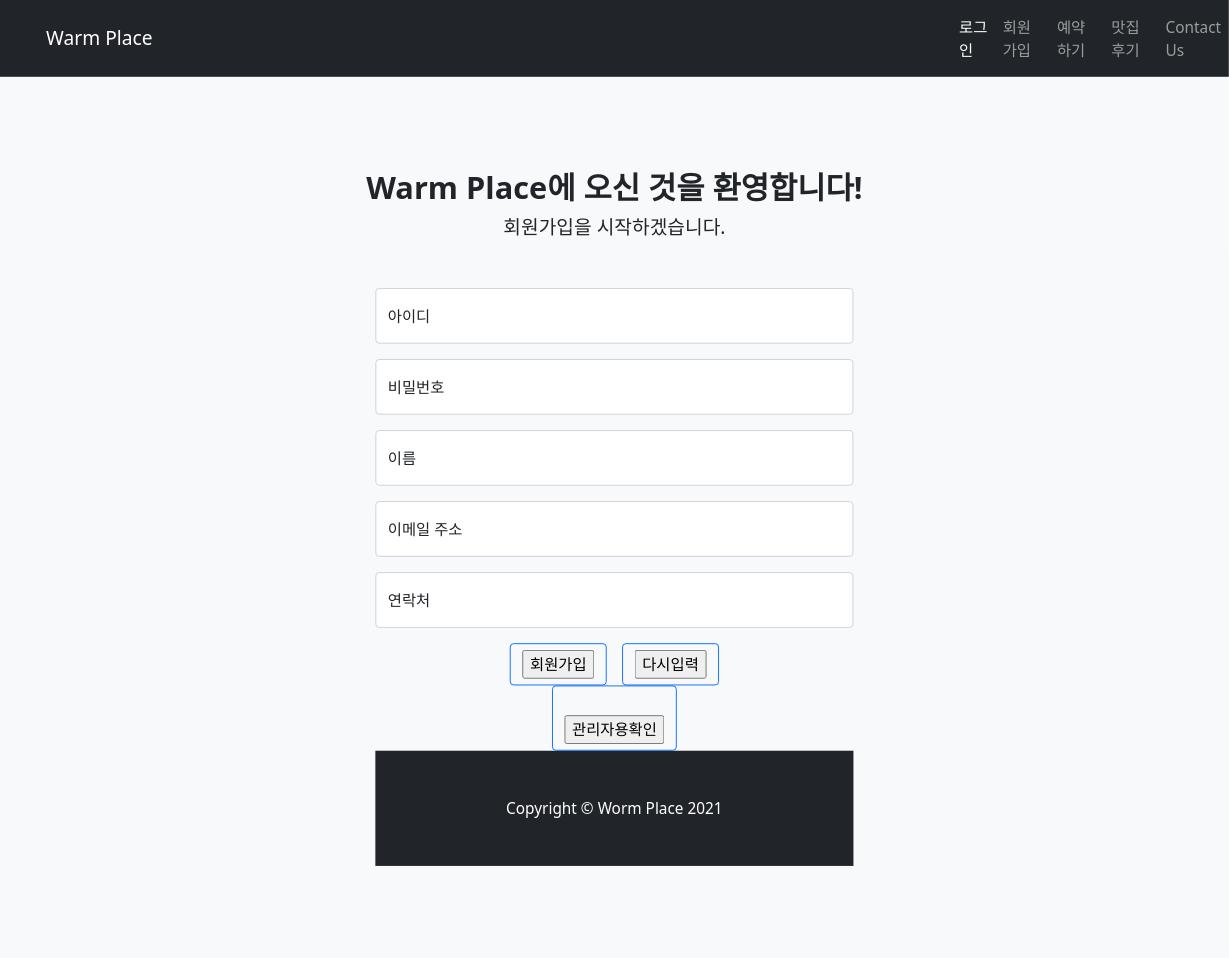
Repository: jaunnnngs/HackaTone
Page: http://localhost/StunProjects/St_Join/st_userJoin.jsp
These files come from the project's save history. The page is drawn as it stood at one moment and after the next save; the edit follows.
The browser window is 1280 px wide. The pictures show the whole page, at 96% of full size.
Some web libraries are served in a nearby version. The page is served by Tomcat 9. Other server files are loaded and not shown.

Above is the page before, as saved 2021-07-25 04:19:43.

### STUN_TEAM/StunProjects/src/main/webapp/St_Join/st_userJoin.jsp
<%@ page language="java" contentType="text/html; charset=UTF-8" pageEncoding="UTF-8"%>

<!DOCTYPE html>
<html>
    <head>
        <meta charset="utf-8" />
        <meta name="keywords" content="HTML,CSS,XML,JavaScript">
        <meta name="viewport" content="width=device-width, initial-scale=1, shrink-to-fit=no" />
        <meta name="description" content="HTML Study" />
        <meta name="author" content="Bruce" />

        <title>WARM PLACE_회원가입</title>
        <!-- Favicon-->
        <link rel="icon" type="image/x-icon" href="assets/favicon.ico" />
        <!-- Bootstrap icons-->
        <link href="https://cdn.jsdelivr.net/npm/bootstrap-icons@1.4.1/font/bootstrap-icons.css" rel="stylesheet" />
        <!-- Core theme CSS (includes Bootstrap)-->
        <link href="css/styles.css" rel="stylesheet" />
    </head>

    <body>
    <form action="./st_userJoinAction.jsp"method="post">
        <!-- Responsive navbar-->
        <nav class="navbar navbar-expand-lg navbar-dark bg-dark">
            <div class="container px-5">
                <a class="navbar-brand" href="../St_Join/main.jsp">Warm Place</a>
                </div>
                <button class="navbar-toggler" type="button" data-bs-toggle="collapse" data-bs-target="#navbarSupportedContent" aria-controls="navbarSupportedContent" aria-expanded="false" aria-label="Toggle navigation"><span class="navbar-toggler-icon"></span></button>
                <div class="collapse navbar-collapse" id="navbarSupportedContent">
                    <ul class="navbar-nav ms-auto mb-2 mb-lg-0">
                         <li class="nav-item"><a class="nav-link active" aria-current="page" href="../St_board/login.jsp">로그인</a></li>
                        <li class="nav-item"><a class="nav-link" href="../St_Join/test_st_userJoin2.jsp">회원가입</a></li>
                        <li class="nav-item"><a class="nav-link" href="../St_Reservation/map.jsp">예약하기</a></li>
                        <li class="nav-item"><a class="nav-link" href="../St_board/bbs.jsp">맛집후기</a></li>
                        <li class="nav-item"><a class="nav-link" href="#!">Contact Us</a></li>
                    </ul>

            </div>
        </nav>

        <!-- 회원가입 섹션-->
       <section class="bg-light py-5">
            <div class="container px-5 my-5 px-5">
                <div class="text-center mb-5">
                    <h2 class="fw-bolder">Warm Place에 오신 것을 환영합니다!</h2>
                    <p class="lead mb-0">회원가입을 시작하겠습니다.</p>
                </div>
                <div class="row gx-5 justify-content-center">
                    <div class="col-lg-6">
                        <!-- * * * * * * * * * * * * * * *-->
                        <!-- * * SB Forms Contact Form * *-->
                        <!-- * * * * * * * * * * * * * * *-->
                        <!-- This form is pre-integrated with SB Forms.-->
                        <!-- To make this form functional, sign up at-->
                        <!-- https://startbootstrap.com/solution/contact-forms-->
                        <!-- to get an API token!-->
                        <form id="contactForm" data-sb-form-api-token="API_TOKEN">
                            <!-- userID input-->
                            <div class="form-floating mb-3">
                                 <input class="form-control" name="userID" id="userID" type="text" placeholder="Enter your ID..." data-sb-validations="required" />
                                 <label for="userID">아이디</label>
                                <div class="invalid-feedback" data-sb-feedback="userID:required">A userID is required.</div>
                            </div>
                            <!-- userPassword address input-->
                            <div class="form-floating mb-3">
                                <input class="form-control" name="userPassword" id="userPassword" type="password" placeholder="Enter your password..." data-sb-validations="required,email" />
                                <label for="userPassword">비밀번호</label>
                                <div class="invalid-feedback" data-sb-feedback="password:required">A password is required.</div>
                                <div class="invalid-feedback" data-sb-feedback="password:password">Password is not valid.</div>
                            </div>
                            <!-- Name input-->
                            <div class="form-floating mb-3">
                                <input class="form-control" name="name" id="name" type="text" placeholder="Enter your name..." data-sb-validations="required" />
                                <label for="name">이름</label>
                                <div class="invalid-feedback" data-sb-feedback="name:required">A name is required.</div>
                            </div>
                            <!-- Email address input-->
                            <div class="form-floating mb-3">
                                <input class="form-control" name="email" id="email" type="email" placeholder="name@example.com" data-sb-validations="required,email" />
                                <label for="email">이메일 주소</label>
                                <div class="invalid-feedback" data-sb-feedback="email:required">An email is required.</div>
                                <div class="invalid-feedback" data-sb-feedback="email:email">Email is not valid.</div>
                            </div>
                            <!-- Phone number input-->
                            <div class="form-floating mb-3">
                                <input class="form-control" name="number" id="phonenumber" type="phonenumber" placeholder="(123) 456-7890" data-sb-validations="required" />
                                <label for="phonenumber">연락처</label>
                                <div class="invalid-feedback" data-sb-feedback="phonenumber:required">A phone number is required.</div>
                            </div>
                            </form>

                            <!-- Submit success message-->
                            <!---->
                            <!-- This is what your users will see when the form-->
                            <!-- has successfully submitted-->
                            <div class="d-none" id="submitSuccessMessage">
                                <div class="text-center mb-3">
                                    <div class="fw-bolder">Form submission successful!</div>
                                    To activate this form, sign up at
                                    <br />
                                    <a href="https://startbootstrap.com/solution/contact-forms">https://startbootstrap.com/solution/contact-forms</a>
                                </div>
                            </div>
                            <!-- Submit error message-->
                            <!---->
                            <!-- This is what your users will see when there is-->
                            <!-- an error submitting the form-->
                            <div class="d-none" id="submitErrorMessage"><div class="text-center text-danger mb-3">Error sending message!</div></div>
                            <div class="d-grid gap-3 d-sm-flex justify-content-sm-center">
							<a class="btn btn-outline-primary"><input type="submit" value="회원가입"></a>
							<a class="btn btn-outline-primary"><input type="reset" value="다시입력"></a></div>

		</form>




     <!-- 디비확인용 버튼 -->
     <form action="./UseStunDB.jsp" method="post">
     <div class="d-grid gap-3 d-sm-flex justify-content-sm-center">
     <a class="btn btn-outline-primary">
	 		<br><input type="submit" value="관리자용확인"><br></a></div>
	 </form>


    <!-- 하단화면r-->
        <footer class="py-5 bg-dark">
            <div class="container px-5"><p class="m-0 text-center text-white">Copyright &copy; Worm Place 2021</p></div>
        </footer>
        <!-- Bootstrap core JS-->
        <script src="https://cdn.jsdelivr.net/npm/bootstrap@5.0.2/dist/js/bootstrap.bundle.min.js"></script>
        <!-- Core theme JS-->
        <script src="js/scripts.js"></script>
        <!-- * * * * * * * * * * * * * * * * * * * * * * * * * * * * * * * * * * * * * * * *-->
        <!-- * *                               SB Forms JS                               * *-->
        <!-- * * Activate your form at https://startbootstrap.com/solution/contact-forms * *-->
        <!-- * * * * * * * * * * * * * * * * * * * * * * * * * * * * * * * * * * * * * * * *-->
        <script src="https://cdn.startbootstrap.com/sb-forms-latest.js"></script>
    </body>

### STUN_TEAM/StunProjects/src/main/webapp/St_Join/js/scripts.js
/*!
* Start Bootstrap - Business Frontpage v5.0.3 (https://startbootstrap.com/template/business-frontpage)
* Copyright 2013-2021 Start Bootstrap
* Licensed under MIT (https://github.com/StartBootstrap/startbootstrap-business-frontpage/blob/master/LICENSE)
*/
// This file is intentionally blank
// Use this file to add JavaScript to your project

Loaded but not shown: STUN_TEAM/StunProjects/src/main/webapp/St_Join/css/styles.css (library)

After the next save:
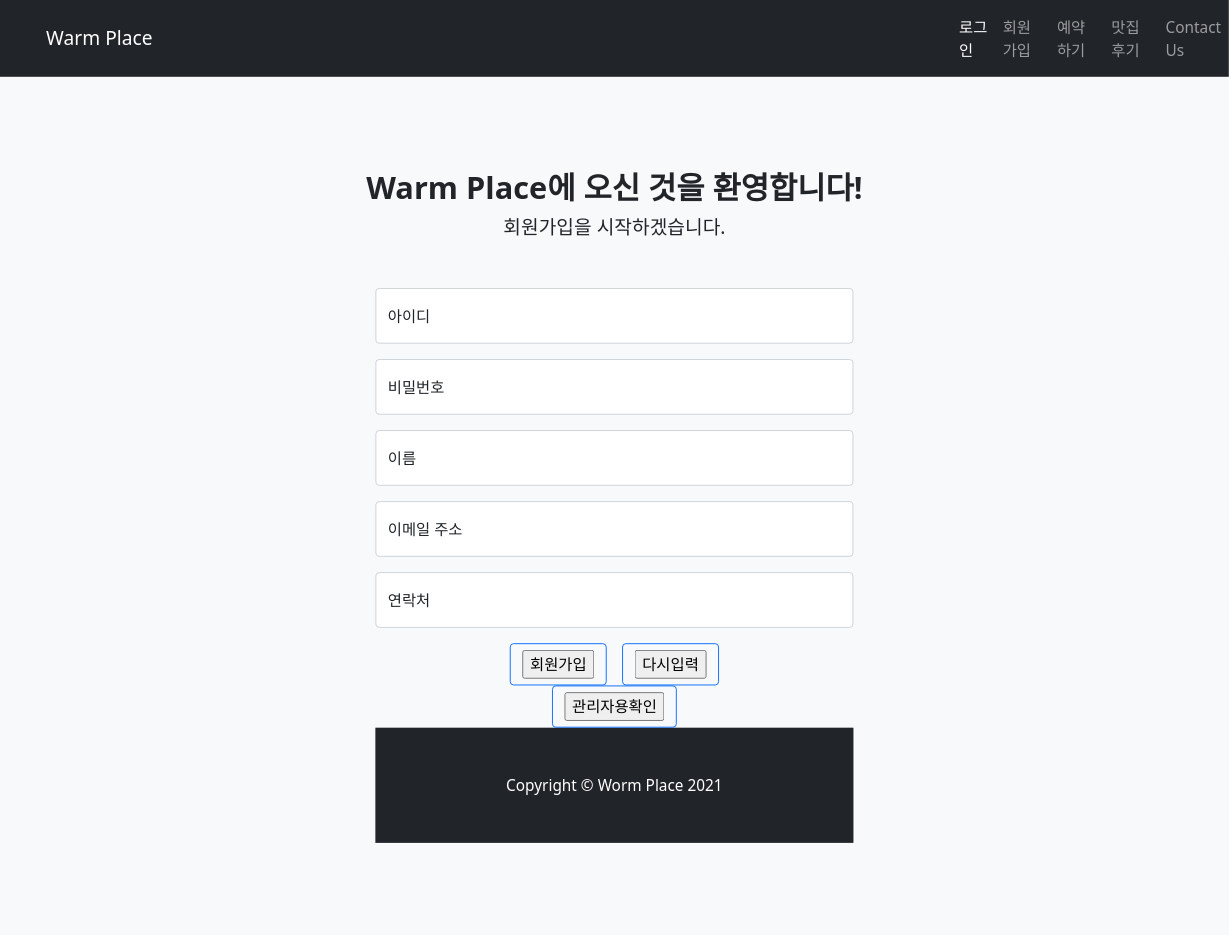
Saved 21 s later.
--- a/STUN_TEAM/StunProjects/src/main/webapp/St_Join/st_userJoin.jsp
+++ b/STUN_TEAM/StunProjects/src/main/webapp/St_Join/st_userJoin.jsp
@@ -118,8 +118,7 @@
      <!-- 디비확인용 버튼 -->
      <form action="./UseStunDB.jsp" method="post">
      <div class="d-grid gap-3 d-sm-flex justify-content-sm-center">
-     <a class="btn btn-outline-primary">
-	 		<br><input type="submit" value="관리자용확인"><br></a></div>
+     <a class="btn btn-outline-primary"><input type="submit" value="관리자용확인"></a></div>
 	 </form>
 
 
